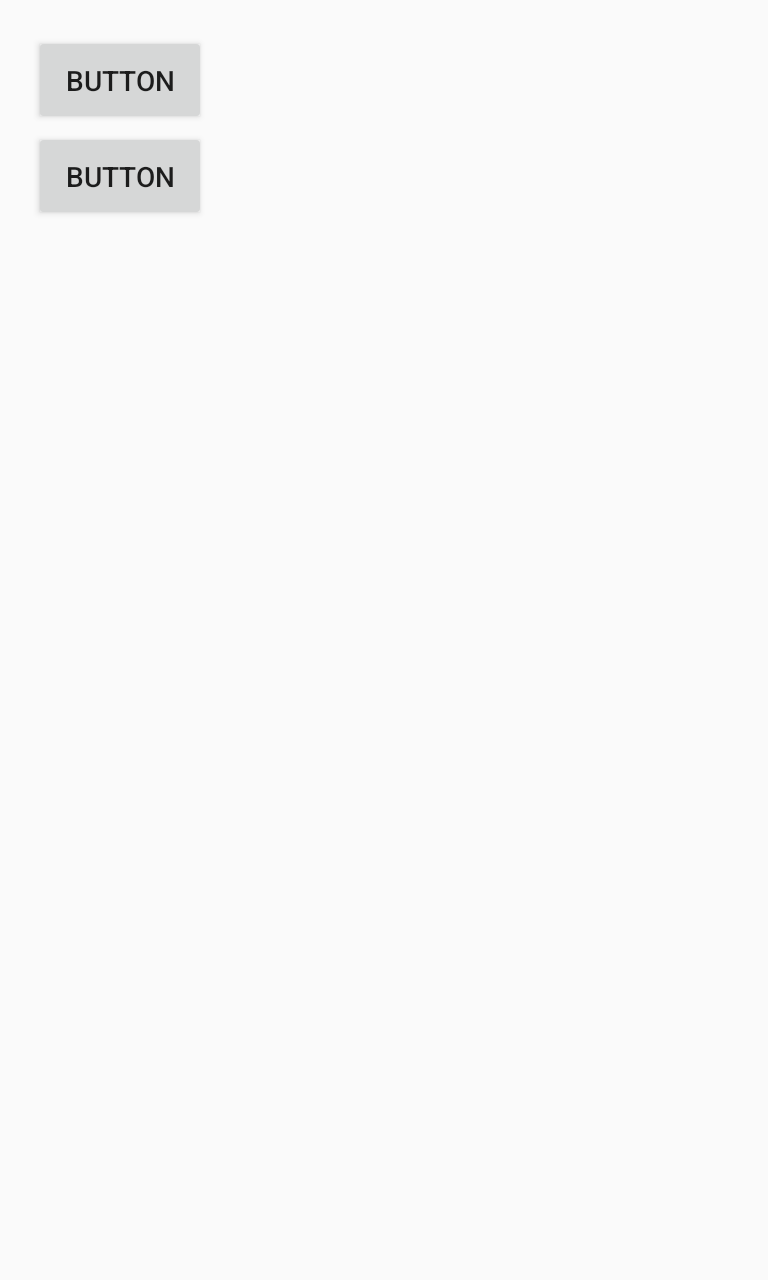
Repository: Attaphon1996/Engineering-Stuff
Layout: OSource/Android Play/Android_Projects/YASH15.0/res/layout/day1_cultural.xml
The author's editor kept a copy of each file at every save. The layout is drawn from the files as they stood at one save, then again after the next save.
It is drawn on a 768 x 1280 px phone screen (xhdpi) without system bars, with theme AppTheme; the app's code is not run.

Above is the layout before, as saved 2015-02-08 10:25:46.

### OSource/Android Play/Android_Projects/YASH15.0/res/layout/day1_cultural.xml
<?xml version="1.0" encoding="utf-8"?>
<LinearLayout xmlns:android="http://schemas.android.com/apk/res/android"
    android:layout_width="match_parent"
    android:layout_height="match_parent"
    android:orientation="vertical"
    android:paddingBottom="@dimen/activity_vertical_margin"
    android:paddingLeft="@dimen/activity_horizontal_margin"
    android:paddingRight="@dimen/activity_horizontal_margin"
    android:paddingTop="@dimen/activity_vertical_margin" >

    <Button
        android:id="@+id/button1"
        android:layout_width="wrap_content"
        android:layout_height="wrap_content"
        android:text="Button" />

    <Button
        android:id="@+id/button2"
        android:layout_width="wrap_content"
        android:layout_height="wrap_content"
        android:text="Button" />

</LinearLayout>

Loaded but not shown: OSource/Android Play/Android_Projects/YASH15.0/res/values/styles.xml (common file); OSource/Android Play/Android_Projects/YASH15.0/res/values-v11/styles.xml (common file); OSource/Android Play/Android_Projects/YASH15.0/res/values-v14/styles.xml (common file); OSource/Android Play/Android_Projects/YASH15.0/res/values/dimens.xml (common file); OSource/Android Play/Android_Projects/YASH15.0/res/values-w820dp/dimens.xml (common file)

After the next save:
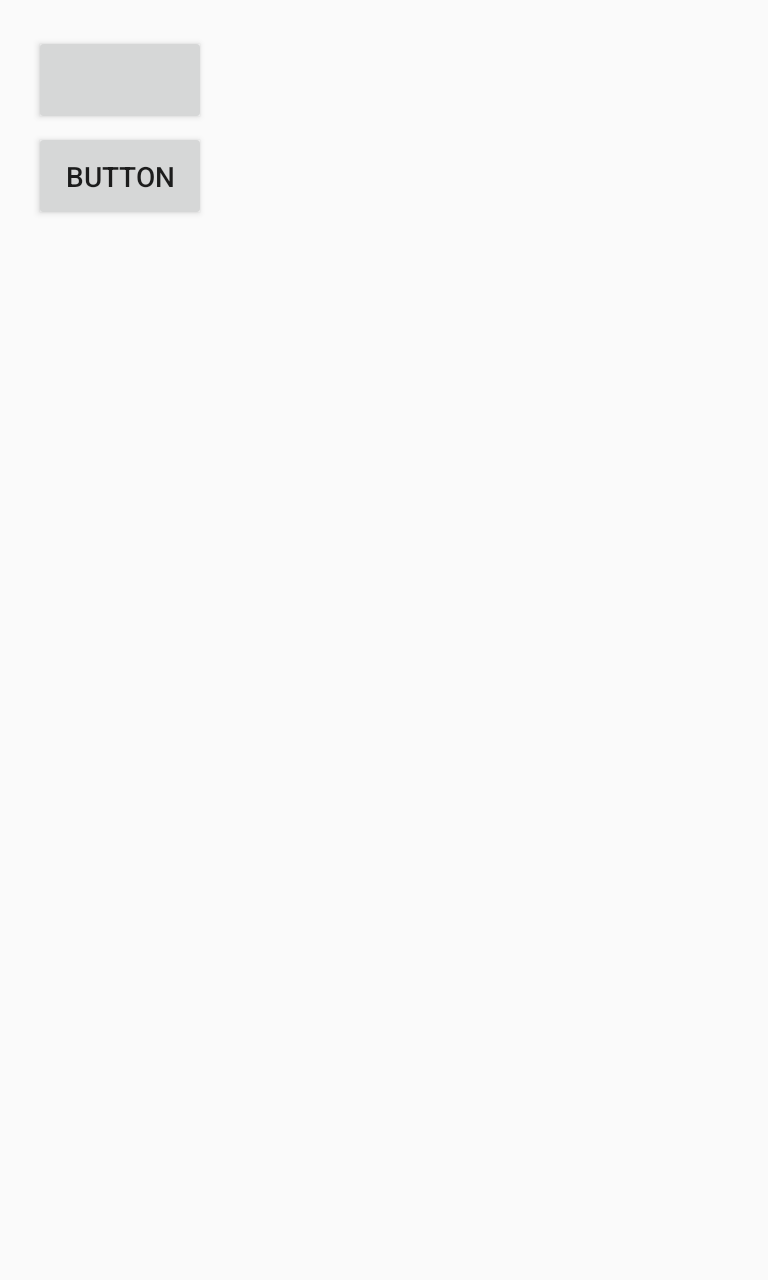
Saved 29 s later.
--- a/OSource/Android Play/Android_Projects/YASH15.0/res/layout/day1_cultural.xml
+++ b/OSource/Android Play/Android_Projects/YASH15.0/res/layout/day1_cultural.xml
@@ -12,7 +12,7 @@
         android:id="@+id/button1"
         android:layout_width="wrap_content"
         android:layout_height="wrap_content"
-        android:text="Button" />
+        android:text="" />
 
     <Button
         android:id="@+id/button2"
